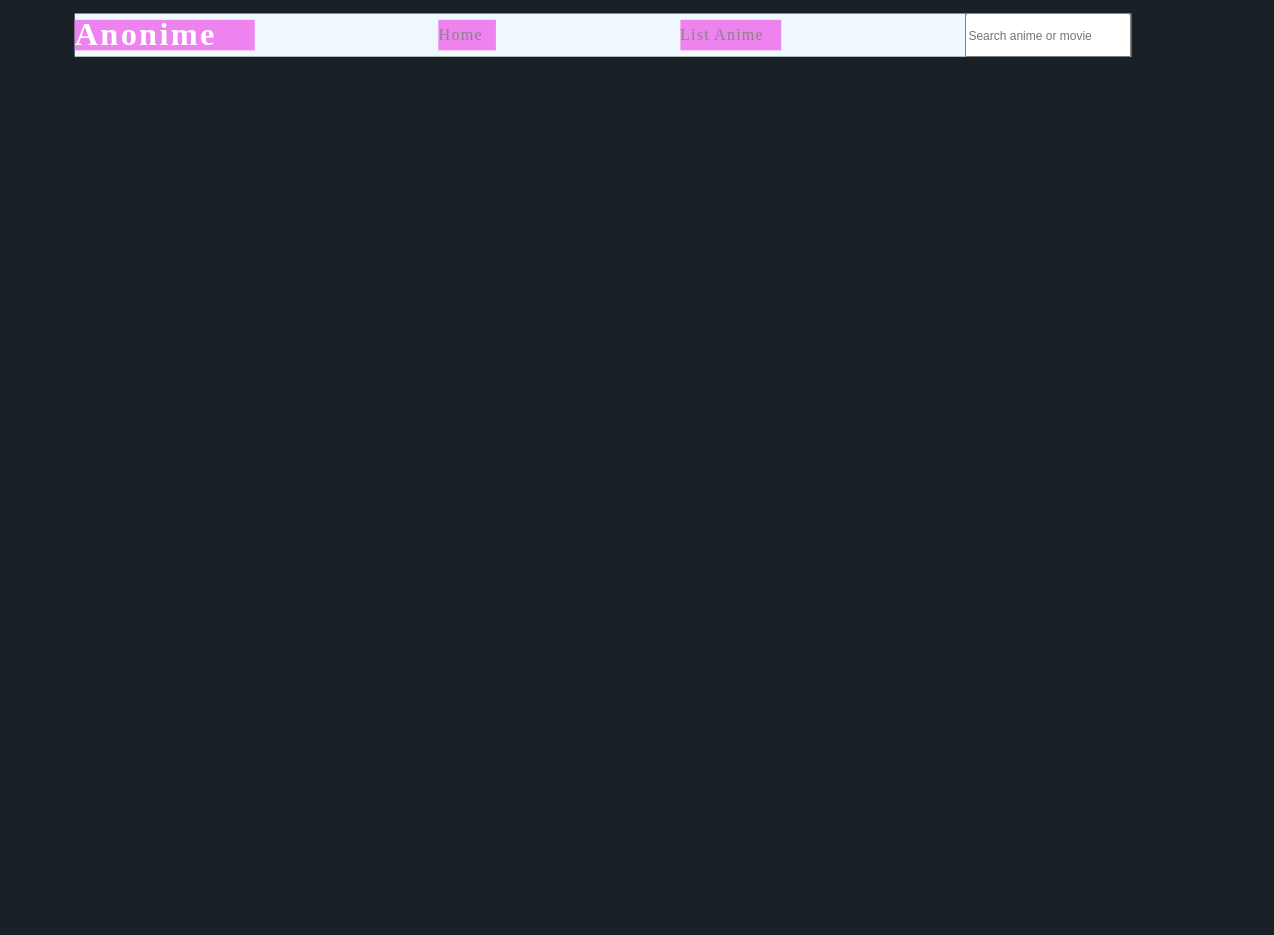
Repository: hieu1802/CIJS-97
Page: / (app in Bài Test giữa khóa/my-app/)
These files come from the project's save history. The page is drawn as it stood at one moment and after the next save; the edit follows.
The browser window is 1280 px wide. The page is 1416 px wide, so the pictures cover 1416 px, including what lies to the right of the window. The pictures show the whole page, at 90% of full size.
The project was rebuilt for these pictures with package versions that can differ from the ones it lists, and the page was loaded fresh each time.

Above is the page before, as saved 2024-07-26 18:10:16.

After the next save:
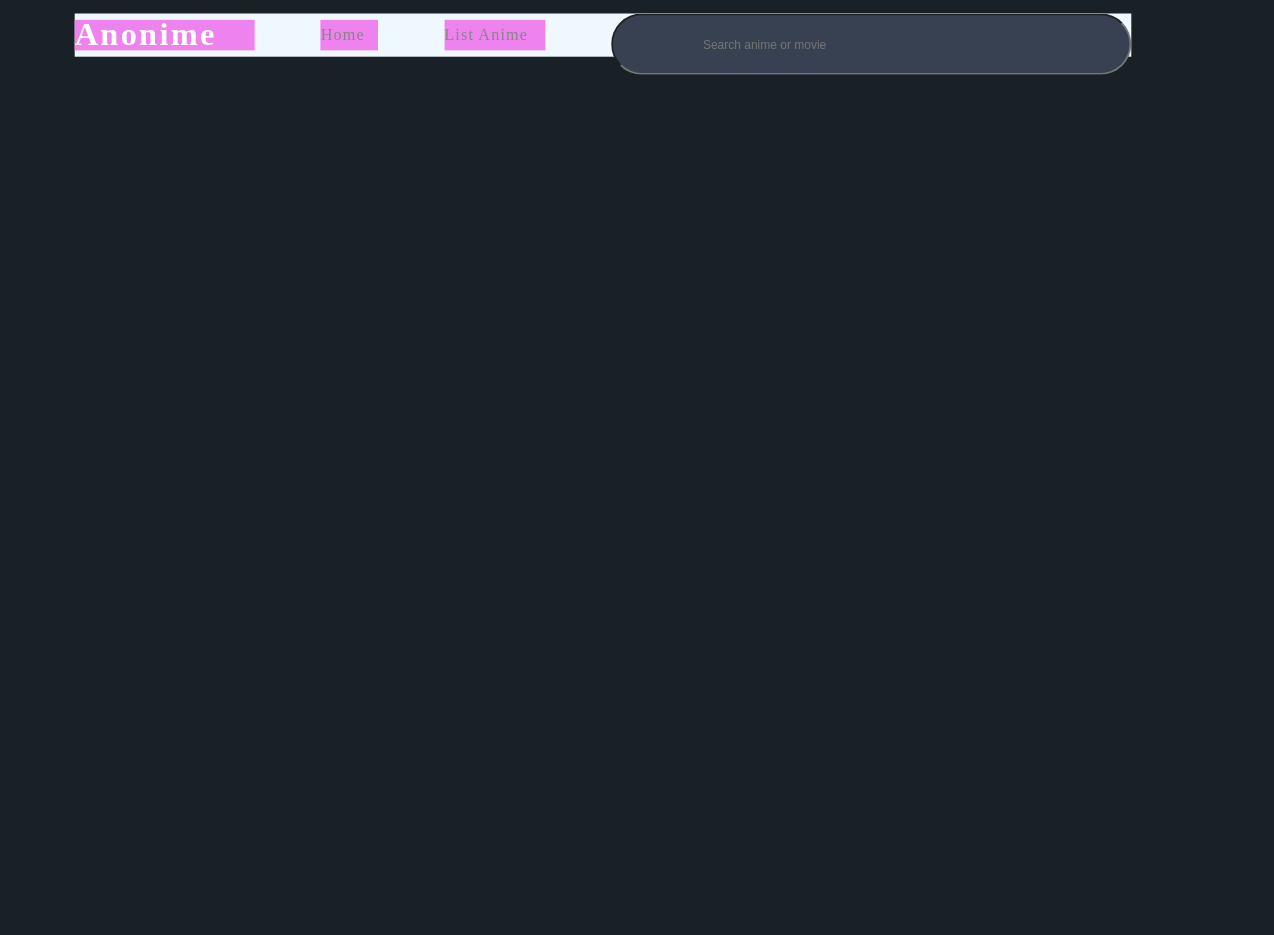
Saved 75 s later.
--- a/Bài Test giữa khóa/my-app/src/App.css
+++ b/Bài Test giữa khóa/my-app/src/App.css
@@ -91,5 +91,12 @@
   letter-spacing: 0.07em;
   text-align: left;
   color:#868686;
-  ;
 }
+
+.navbarInput{
+  width: 374px;
+  height: 48px;
+  border-radius: 47px;
+  padding: 8px 100px;
+  background-color: #374151;
+}
